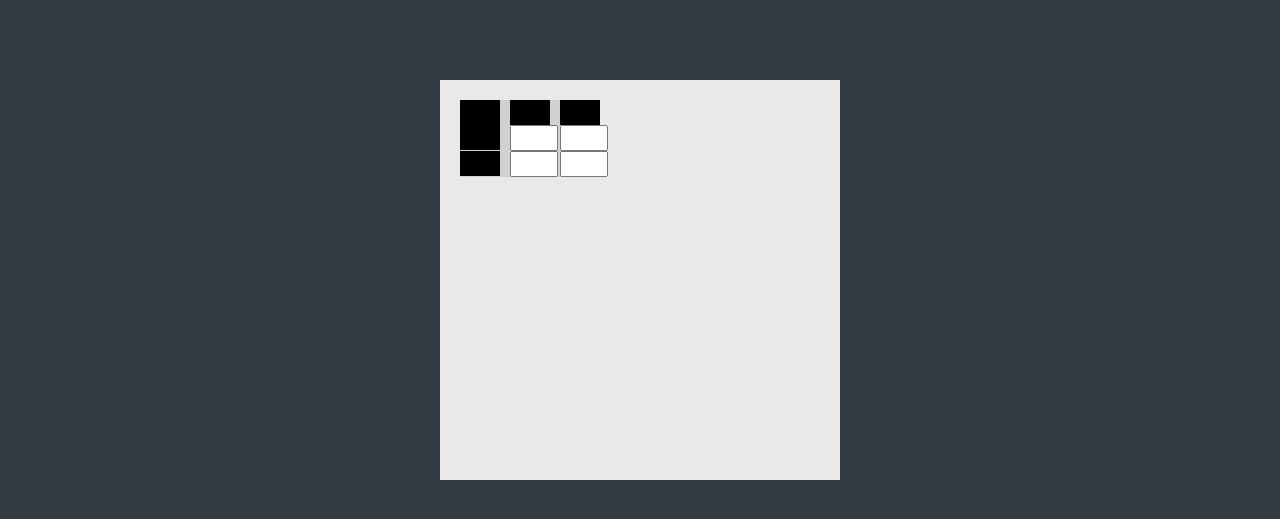
Repository: piookr-wsei/8086
Page: /
An editor plug-in stored every save of this project. The page is shown before and after the next save, followed by the edit.
The browser window is 1280 px wide. The pictures show the whole page.
The project was rebuilt for these pictures with package versions that can differ from the ones it lists, and the page was loaded fresh each time.

Above is the page before, as saved 2022-06-17 00:09:31.

### src/App.js
import logo from './logo.svg';
import './App.css';
import { RegDesc, RegInput, RegWrapper, UiWindow, UiWrapper } from './Components/Components.elements';

function App() {
  return (
    <div className="App">
      <UiWindow>
        <UiWrapper>
          <RegWrapper>
            <RegDesc/><RegDesc/><RegDesc/>
            <RegDesc/><RegInput/><RegInput/>
            <RegDesc/><RegInput/><RegInput/>
          </RegWrapper>

        </UiWrapper>
      </UiWindow>

    </div>
  );
}

export default App;

### src/App.css
body{
  height: 100%;
  background: rgba(1, 10, 22, 0.8);
}
.App {

}

.App-logo {
  height: 40vmin;
  pointer-events: none;
}

@media (prefers-reduced-motion: no-preference) {
  .App-logo {
    animation: App-logo-spin infinite 20s linear;
  }
}

.App-header {
  background-color: #282c34;
  min-height: 100vh;
  display: flex;
  flex-direction: column;
  align-items: center;
  justify-content: center;
  font-size: calc(10px + 2vmin);
  color: white;
}

.App-link {
  color: #61dafb;
}

@keyframes App-logo-spin {
  from {
    transform: rotate(0deg);
  }
  to {
    transform: rotate(360deg);
  }
}

### src/Components/Components.elements.js
import styled from "styled-components";

export const UiWindow = styled.div`
height: 400px;
width: 400px;
background: rgb(233,233,233);
position: relative;
margin: auto;
top: 80px;
`

export const UiWrapper = styled.div`
border: 20px solid transparent;

`

export const RegWrapper = styled.div`
width: 105px;
min-height: 65px;
background: rgba(0,0,0,0.1);
position: relative;
left: 0;
display: grid;
grid-template-columns: 50px 50px 50px;
`

export const RegInput = styled.input`
height: 20px;
width: 40px;
`

export const RegDesc = styled.div`
height: 25px;
width: 40px;
background: black;
`

Loaded but not shown: public/index.html (common file); src/index.js (common file); src/index.css (common file); src/reportWebVitals.js (common file)

After the next save:
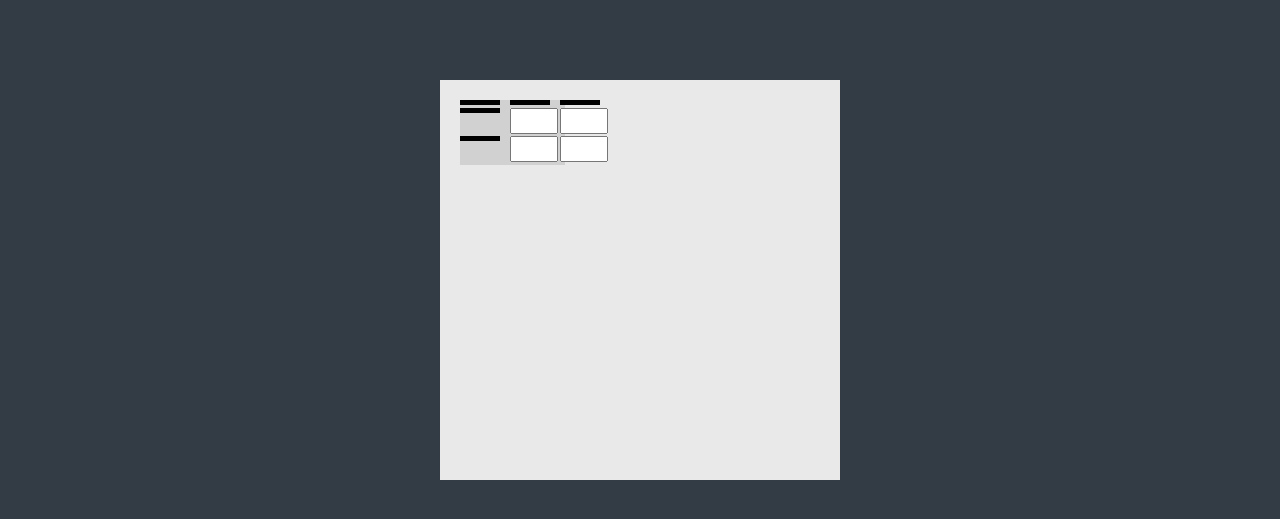
Saved 5 s later.
--- a/src/Components/Components.elements.js
+++ b/src/Components/Components.elements.js
@@ -30,7 +30,7 @@ width: 40px;
 `
 
 export const RegDesc = styled.div`
-height: 25px;
+height: 5px;
 width: 40px;
 background: black;
 `
